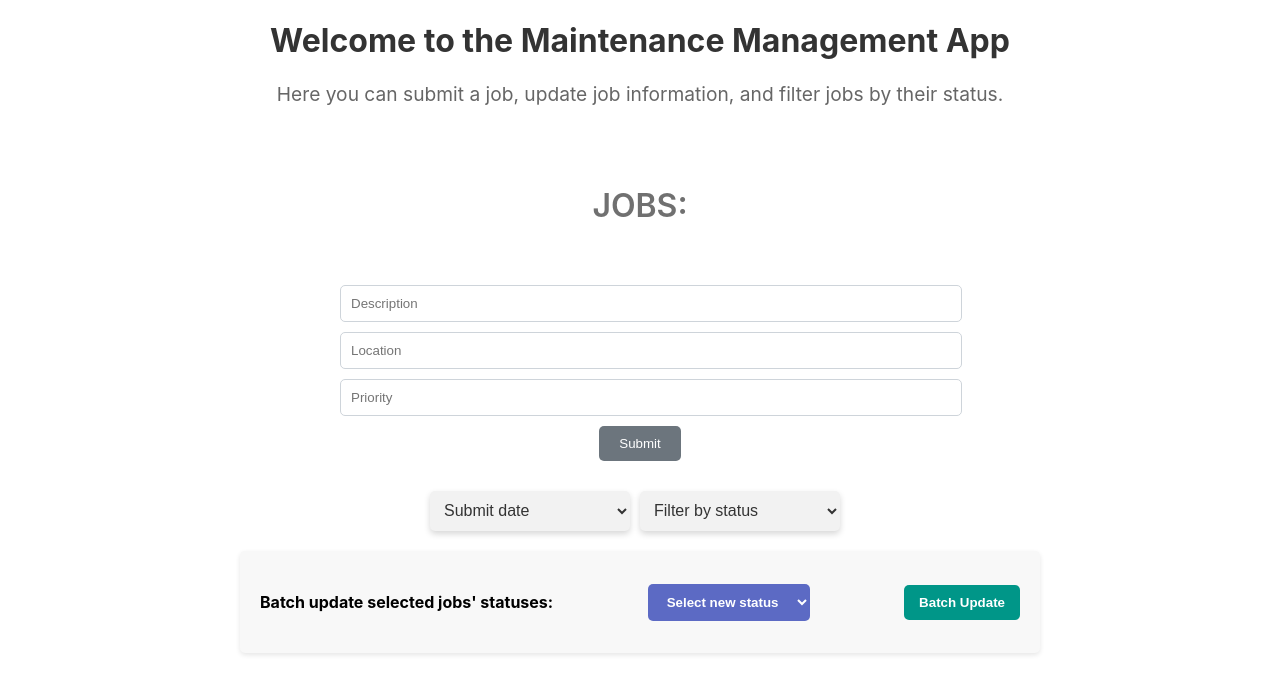
Repository: mikasteyn999/Maintenance-Manager-App
Page: / (app in frontend/)
An editor plug-in stored every save of this project. The page is shown before and after the next save, followed by the edit.
The browser window is 1280 px wide. The pictures show the whole page.
The page's requests for data from a server got no answer. The project was rebuilt for these pictures with package versions that can differ from the ones it lists, and the page was loaded fresh each time. No one was signed in, and anything a server would have sent is missing. Also part of the build but not shown: frontend/src/style/Job.css, frontend/src/components/Job.js, frontend/src/style/JobUpdateForm.css, frontend/src/components/JobUpdateForm.js.

Above is the page before, as saved 2023-06-05 16:46:58.

After the next save:
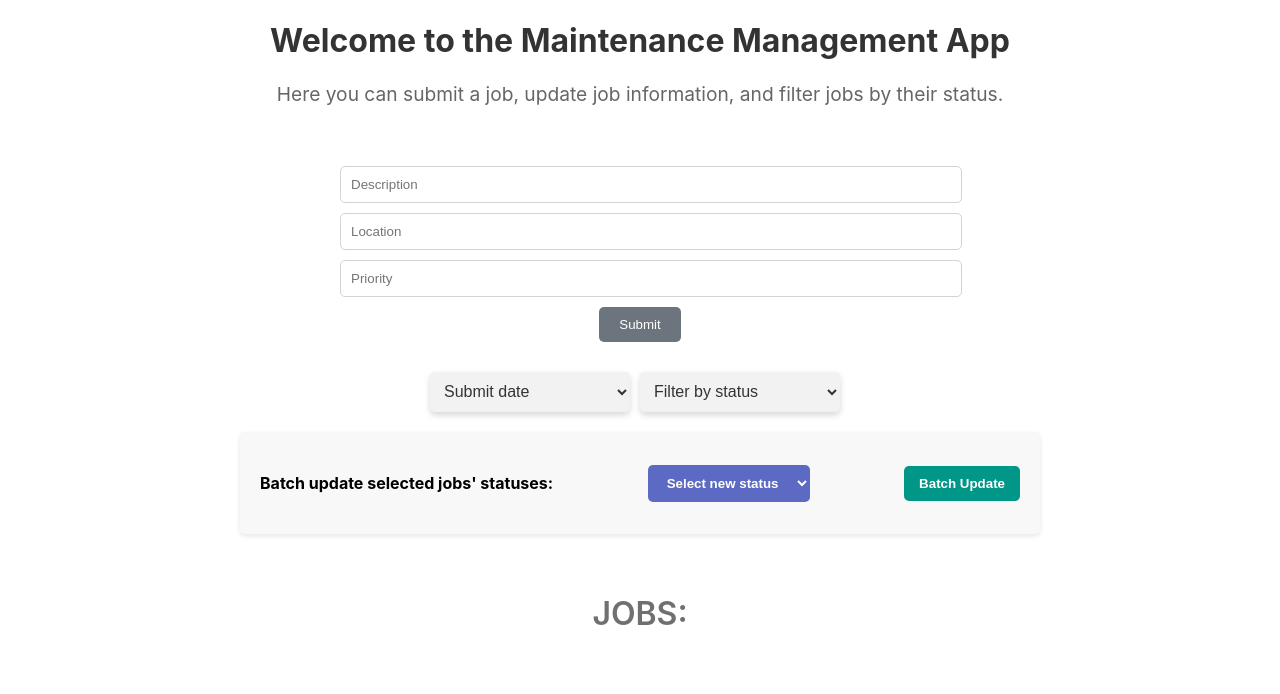
Saved 100 s later.
--- a/frontend/src/components/JobsList.js
+++ b/frontend/src/components/JobsList.js
@@ -94,7 +94,6 @@ const JobsList = () => {
 
     return (
       <div className='jobs-list'>
-        <div className='jobs-header'>JOBS:</div>
 
         {/* Add JobForm here */}
         <JobForm addNewJob={addNewJob} />
@@ -126,6 +125,8 @@ const JobsList = () => {
           <button onClick={handleBatchUpdate}>Batch Update</button>
         </div>
 
+        <div className='jobs-header'>JOBS:</div>
+
         {/* List the jobs */}
         {jobs.map((job) => (
           <Job key={job._id} job={job} handleArchive={handleArchive} selectedJobs={selectedJobs} setSelectedJobs={setSelectedJobs} />
